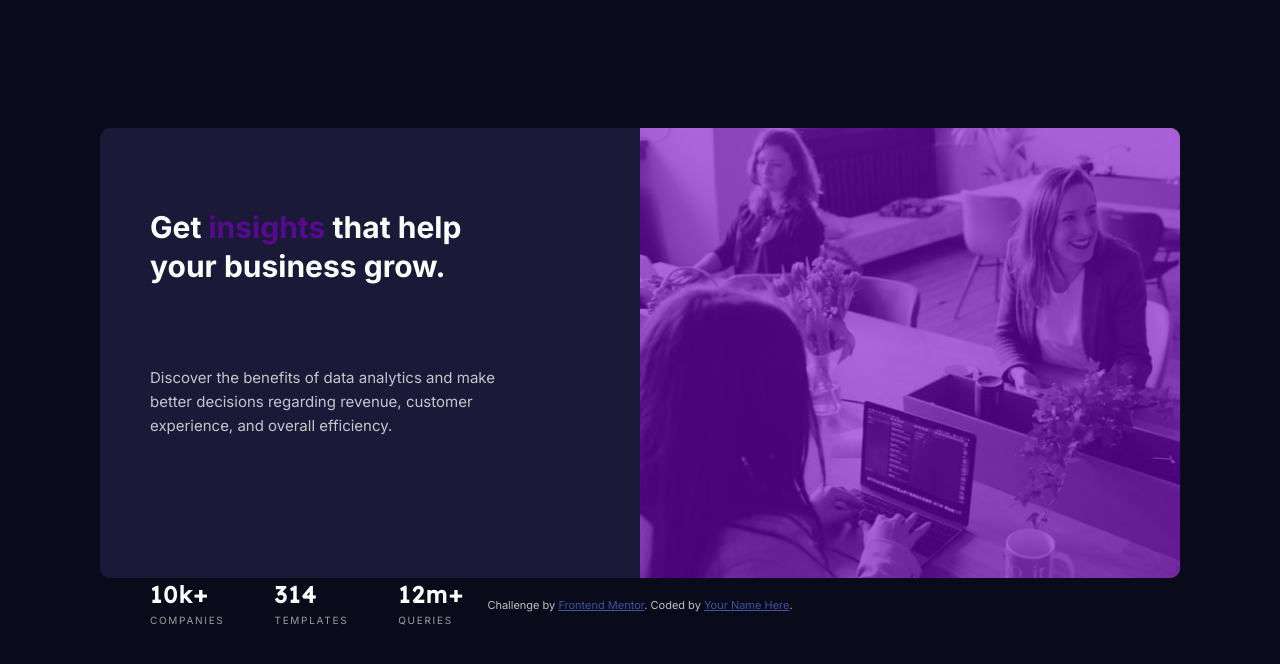
Repository: DejV44/stats-preview-card-component-main
Page: index.html
These files come from the project's save history. The page is drawn as it stood at one moment and after the next save; the edit follows.
The browser window is 1280 px wide. The pictures show the whole page.
The style sheet was rebuilt from its Sass, Less or Tailwind sources for each picture, by a compiler version that may differ from the author's.

Above is the page before, as saved 2021-07-10 21:25:24.

### index.html
<!DOCTYPE html>
<html lang="en">
<head>
  <meta charset="UTF-8">
  <meta name="viewport" content="width=device-width, initial-scale=1.0"> <!-- displays site properly based on user's device -->

  <link rel="icon" type="image/png" sizes="32x32" href="./images/favicon-32x32.png">
  <link rel="stylesheet" href="/css/style.css">


  <title>Frontend Mentor | Stats preview card component</title>
</head>
<body>
  <div class="container">
    <div class="picture">
      <div class="overlay"></div>
    </div>
    <div class="card">
      <h1>Get <span>insights</span> that help your business grow.</h1>

      <p>Discover the benefits of data analytics and make better decisions regarding revenue, customer
      experience, and overall efficiency.</p>

      <ul>
        <li><span>10k+</span> companies</li>
        <li><span>314</span> templates</li>
        <li><span>12m+</span> queries</li>
      </ul>
    </div>
  </div>


  <div class="attribution">
    Challenge by <a href="https://www.frontendmentor.io?ref=challenge" target="_blank">Frontend Mentor</a>.
    Coded by <a href="#">Your Name Here</a>.
  </div>
</body>
</html>

### css/style.scss
$mainBackground: hsl(233, 47%, 7%);
$cardBackground: hsl(244, 38%, 16%);
$accent: hsla(277, 100%, 40%, 0.589);

$mainHeading: hsl(0, 0%, 100%);
$mainParagraph: hsla(0, 0%, 100%, 0.75);
$statHeadings: hsla(0, 0%, 100%, 0.6);

@import url("https://fonts.googleapis.com/css2?family=Inter:wght@400;700&display=swap");

@import url("https://fonts.googleapis.com/css2?family=Lexend+Deca&display=swap");

* {
  margin: 0;
  padding: 0;
  box-sizing: border-box;
}

body {
  font-family: "Inter", sans-serif;
  font-size: 15px;
  background-color: $mainBackground;

  .container {
    margin: 20px 30px;
    border-radius: 10px;
    .picture {

      border-radius: 10px 10px 0 0;
      background: url("/images/image-header-mobile.jpg");
      background-position: center;
      background-size: cover;
      background-repeat: no-repeat;
      height: 300px;

      .overlay {
        background-color: $accent;
        background-size: cover;
        height: 300px;
      }
    }

    .card {
        border-radius: 0 0 10px 10px;
        background: $cardBackground;
        text-align: center;

        h1 {
            margin: 0 auto;
            padding: 30px 25px;
            color: $mainHeading;
            text-align: center;
            line-height: 1.3;
            span {
                color: $accent;
                line-height: 1.3;
            }
        }
        p {
          color: $mainParagraph;
          padding: 0 20px 20px 20px;
          margin-bottom: 15px;
          line-height: 24px;
        }

        ul {
          padding-bottom: 15px;
          font-size: 10px;
          letter-spacing: 1.7px;
          color: $statHeadings;
          li {
            list-style: none;
            text-transform: uppercase;
            padding: 7px 0;


            span {
              padding-bottom: 5px;
              display: block;
              text-transform: lowercase;
              font-family: "lexend Deca" ,sans-serif;
              font-weight: 700;
              font-size: 23px;
              color: $mainHeading;
            }
          }
        }
    }
  }

  .attribution {
    font-size: 11px;
    text-align: center;
    color: $mainParagraph;

    a {
      color: hsl(228, 45%, 44%);
    }
  }
}

@media (min-width:768px) {
  body {
    height: 100vh;
    display: flex;
    flex-direction: column;
    justify-content: center;


    .container {
      display: flex;
      flex-direction: row-reverse;
      justify-content: center;
      flex-wrap: nowrap;

      .picture {
        flex-grow: 0;
        align-content: flex-end;
        width: 540px;
        height: 450px;
        border-radius: 0;
        border-bottom-right-radius: 10px;
        border-top-right-radius: 10px;

        .overlay {
          width: 540px;
          height: 450px;
          border-radius: 0;
          border-bottom-right-radius: 10px;
          border-top-right-radius: 10px;
        }

      }

      .card {

        max-height: 450px;
        width: 540px;
        border-radius: 0;
        border-bottom-left-radius: 10px;
        border-top-left-radius: 10px;
        text-align: left;

        h1, p {
          text-align: left;
          max-width: 540px;
          margin-left: 50px;
          margin-right: 100px;
          margin-top: 50px;
          padding-left: 0;
        }

        ul {
          display: inline-flex;
          text-align: left;

          li {
            margin: 100px 0px 0 50px;
          }
        }

      }
    }
  }
}

After the next save:
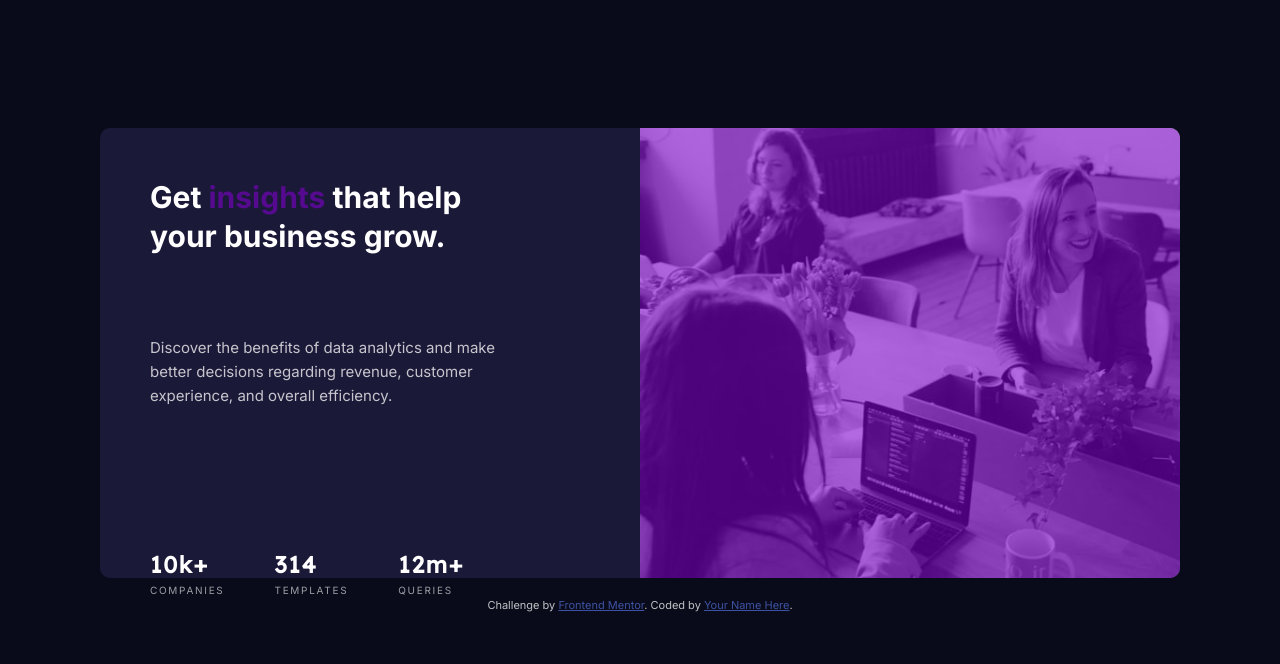
Saved 12 s later.
--- a/css/style.scss
+++ b/css/style.scss
@@ -146,7 +146,7 @@ body {
           max-width: 540px;
           margin-left: 50px;
           margin-right: 100px;
-          margin-top: 50px;
+          padding-top: 50px;
           padding-left: 0;
         }
 
